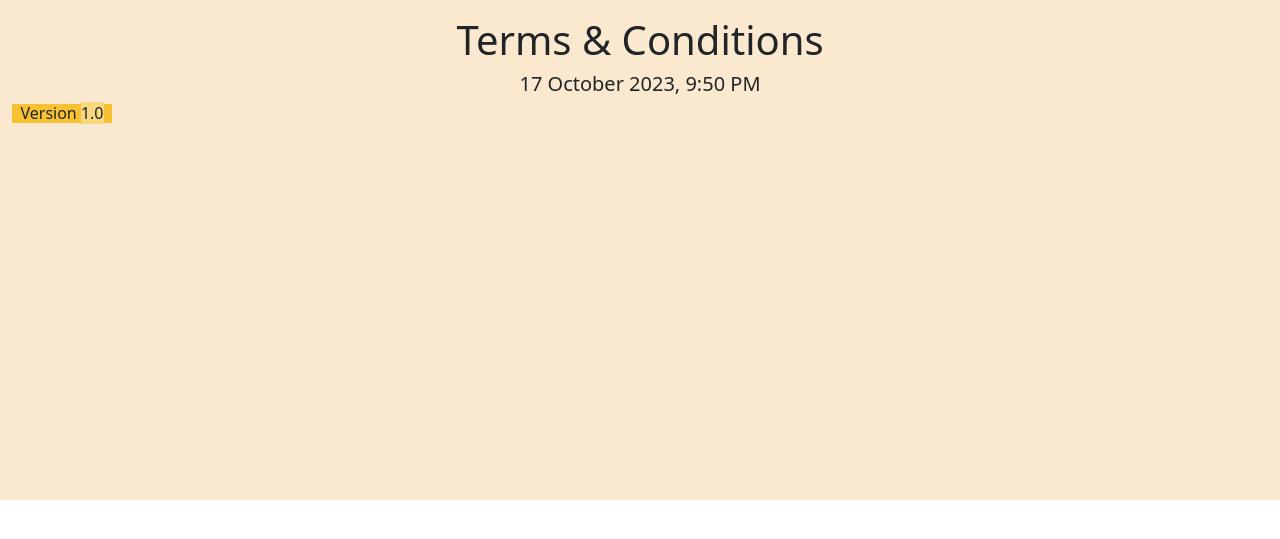
Repository: injectGroup/github.io
Page: terms.html
The author's editor kept a copy of each file at every save. The page is drawn from the files as they stood at one save, then again after the next save.
The browser window is 1280 px wide. The pictures show the whole page.

Above is the page before, as saved 2023-11-29 14:24:49.

After the next save:
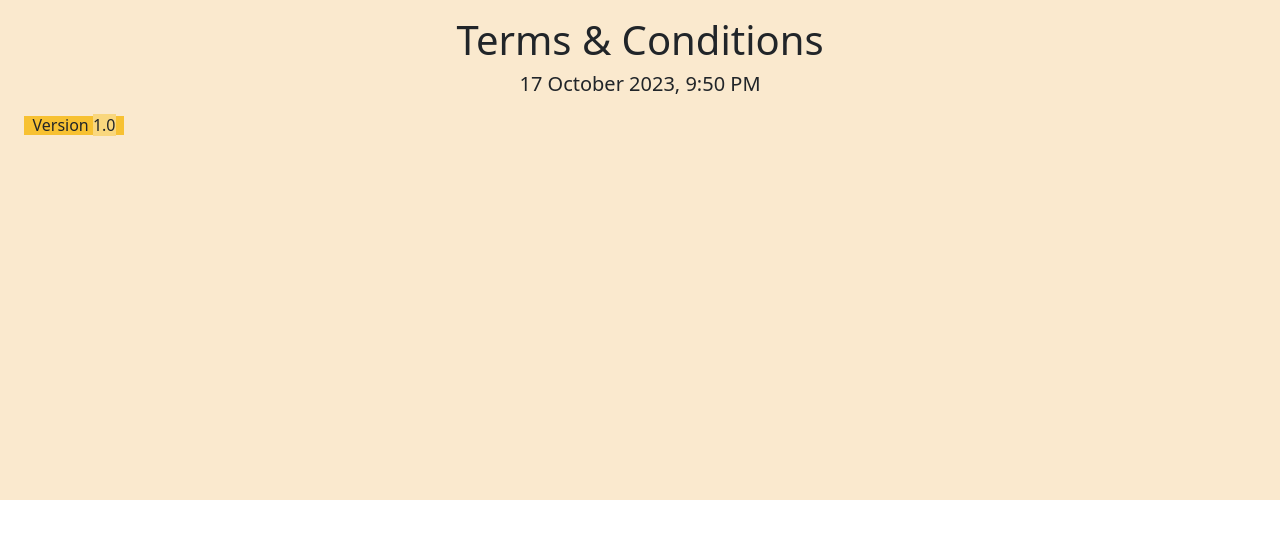
Saved 16 s later.
--- a/gouldwalletlegal/css/gouldcustom.css
+++ b/gouldwalletlegal/css/gouldcustom.css
@@ -23,7 +23,7 @@
 .version {
     width: 100px;
     background-color: #F7C132;
-
+    margin: 12px;
 
 
 }
